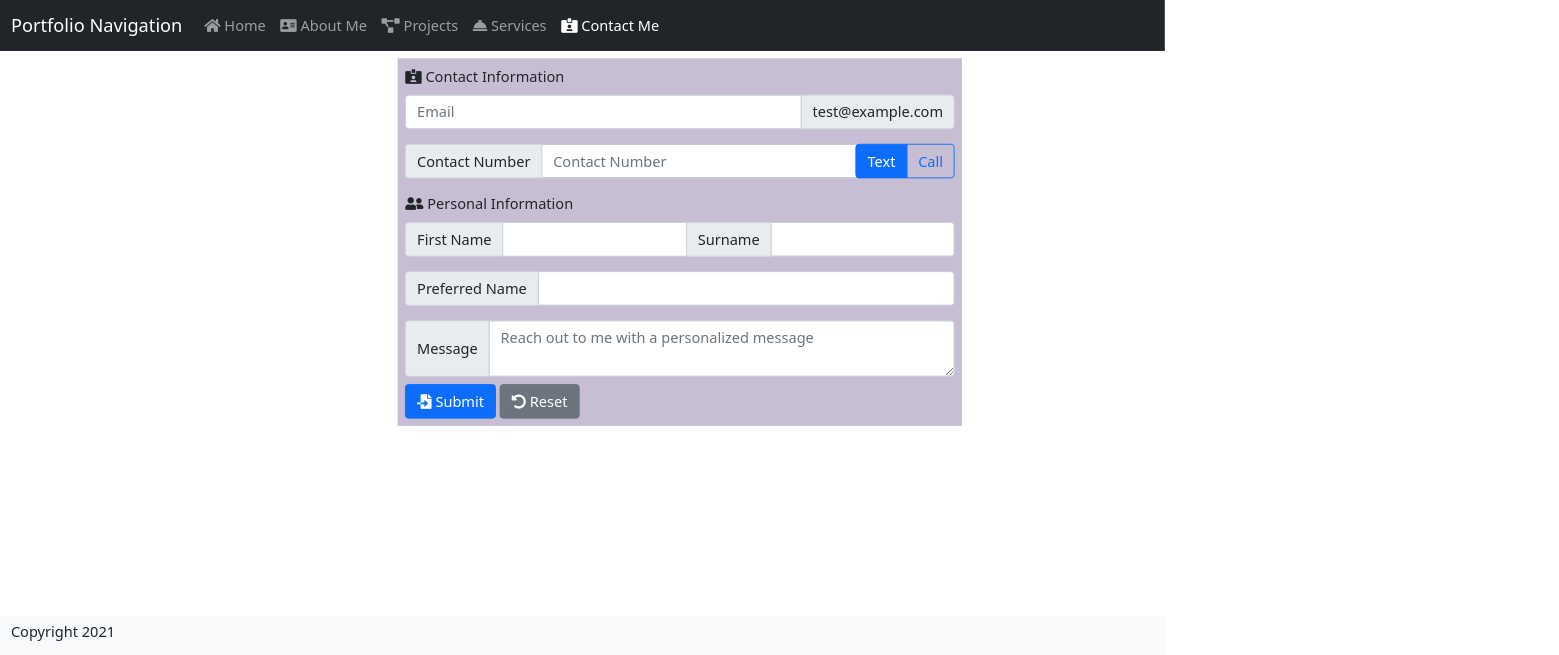
Repository: GarlicButterBoy/Portfolio
Page: contact.html
These files come from the project's save history. The page is drawn as it stood at one moment and after the next save; the edit follows.
The browser window is 1280 px wide. The page is 1284 px wide, then 1713 px, so the pictures cover 1713 px, including what lies to the right of the window. The pictures show the whole page, at 91% of full size.

Above is the page before, as saved 2021-06-09 13:30:27.

After the next save:
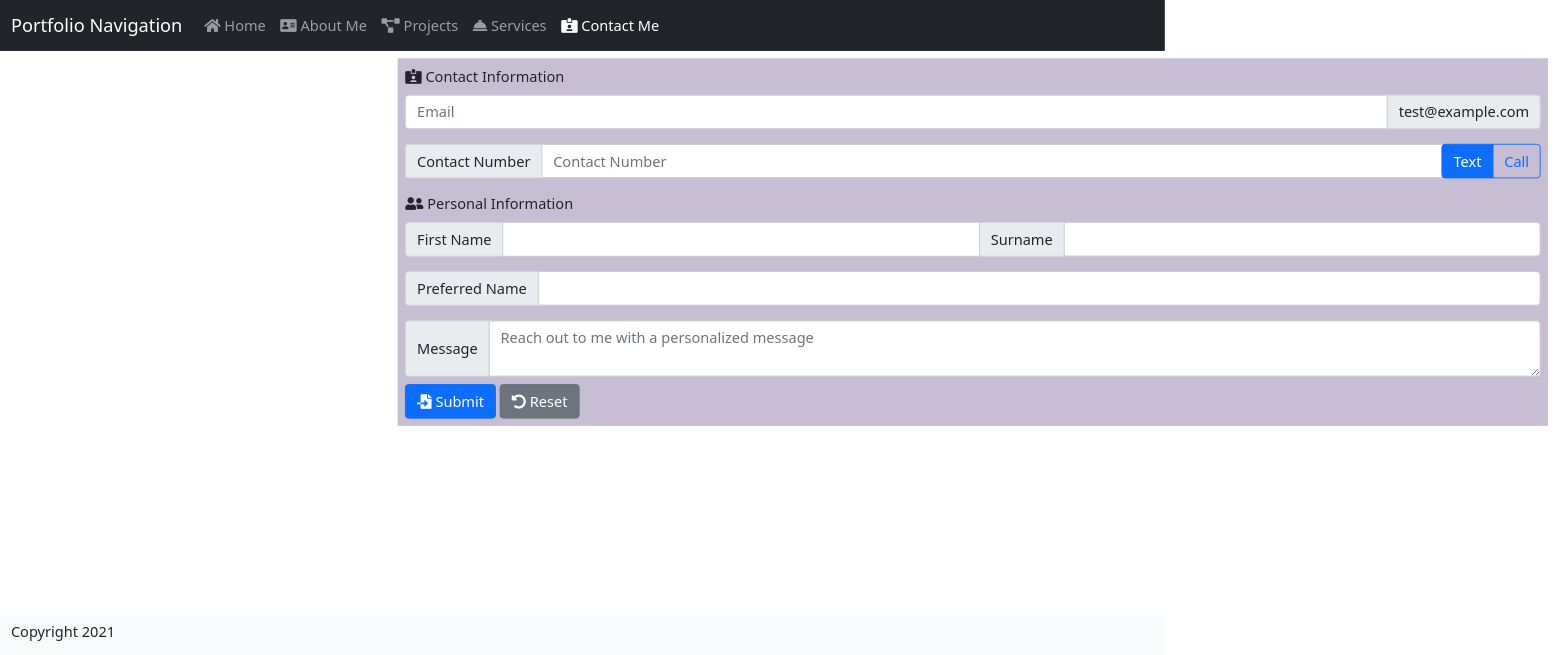
Saved 15 s later.
--- a/contact.html
+++ b/contact.html
@@ -32,7 +32,7 @@
 
       <main class="containrer p-2">
         <div class="row">
-          <div class=" offset-md-4 col-md-6">
+          <div class=" offset-md-4 col-md-12">
             <div class="jumbotron p-2" id="contentArea">
               <label for="basic-url" class="form-label"><i class="fas fa-id-card-alt"></i> Contact Information</label>
               <div class="input-group mb-3">
